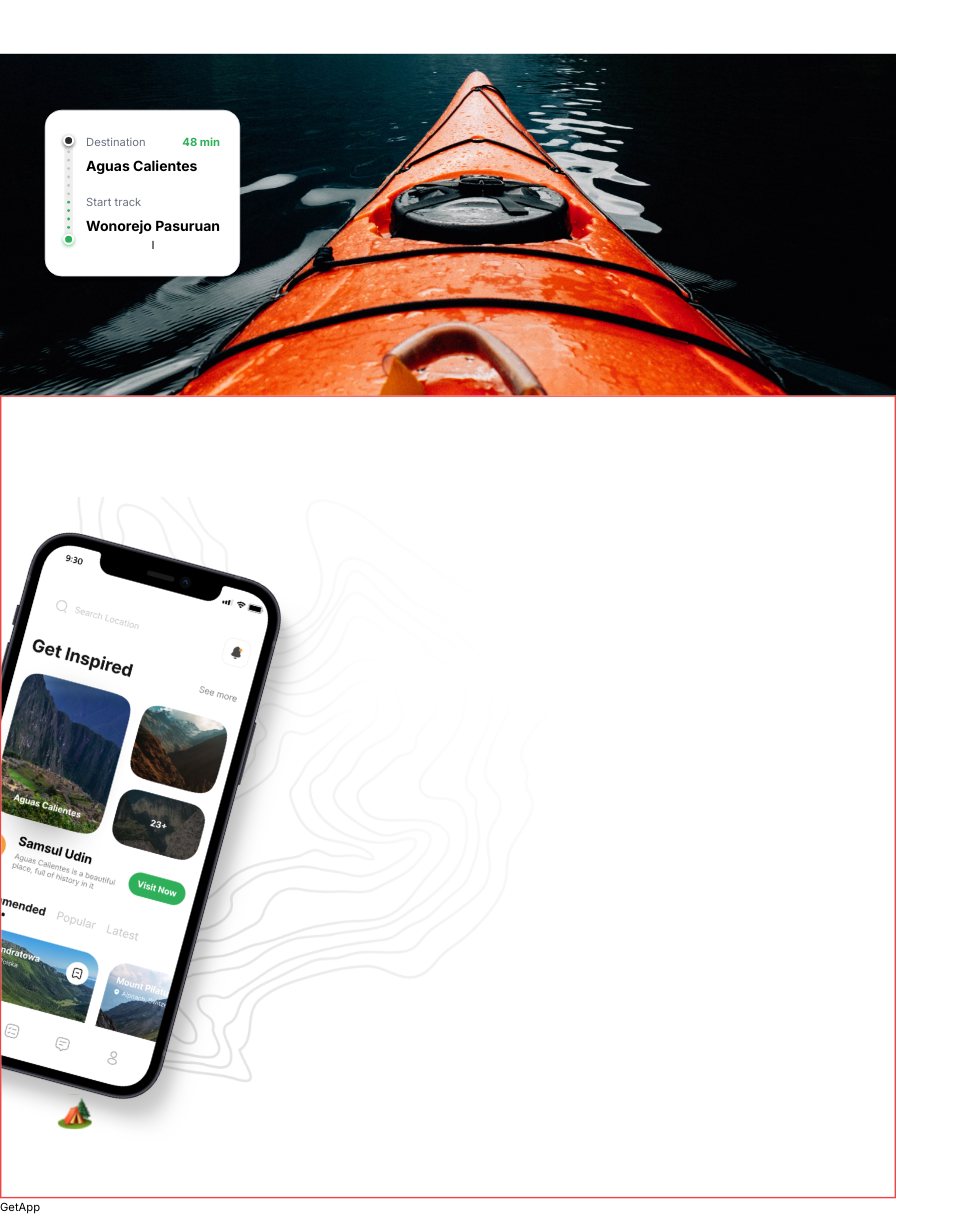
Repository: abdulrahmanmahmood/Travel-App
Page: /
An editor plug-in stored every save of this project. The page is shown before and after the next save, followed by the edit.
The browser window is 1280 px wide. The page is 1392 px wide, so the pictures cover 1392 px, including what lies to the right of the window. The pictures show the part of the page from y = 2107 to 3867 px (the page is 3843 px tall before and 3867 px after), at 70% of full size.
The project was rebuilt for these pictures with package versions that can differ from the ones it lists, and the page was loaded fresh each time. The framework's server and built-in components were replaced by stand-ins that run in the browser. Also part of the build but not shown: next.config.js.

Above is the page before, as saved 2023-11-08 11:38:01.

After the next save:
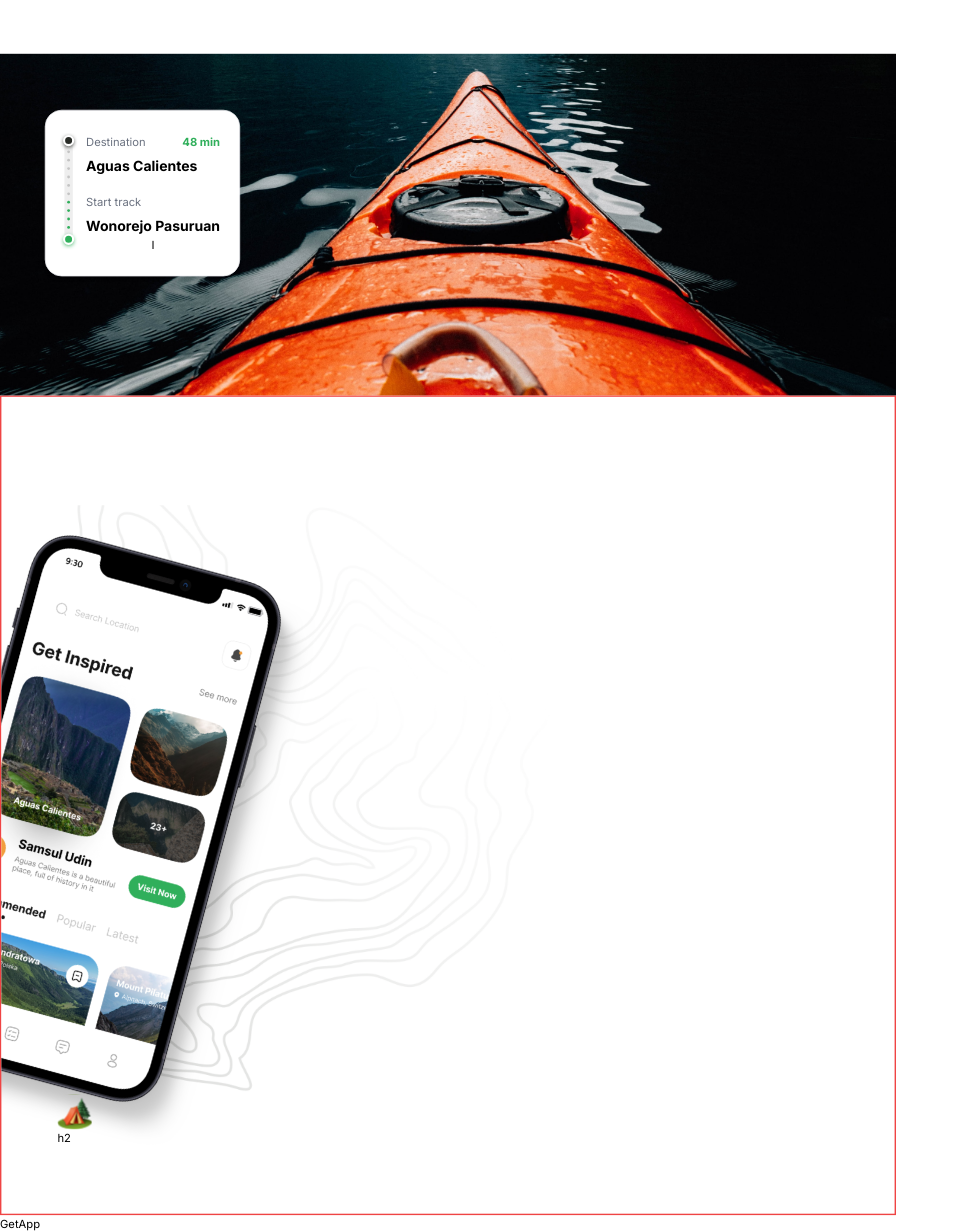
Saved 4 s later.
--- a/components/Features.tsx
+++ b/components/Features.tsx
@@ -11,7 +11,7 @@
         <div className="z-20 flex w-full flex-col  lg:2-[60%]">
           <div className="relative ">
             <Image src='/camp.svg' alt="camp" width={50} height={50}/>
-
+            h2
           </div>
         </div>
       </div>

After the save that followed:
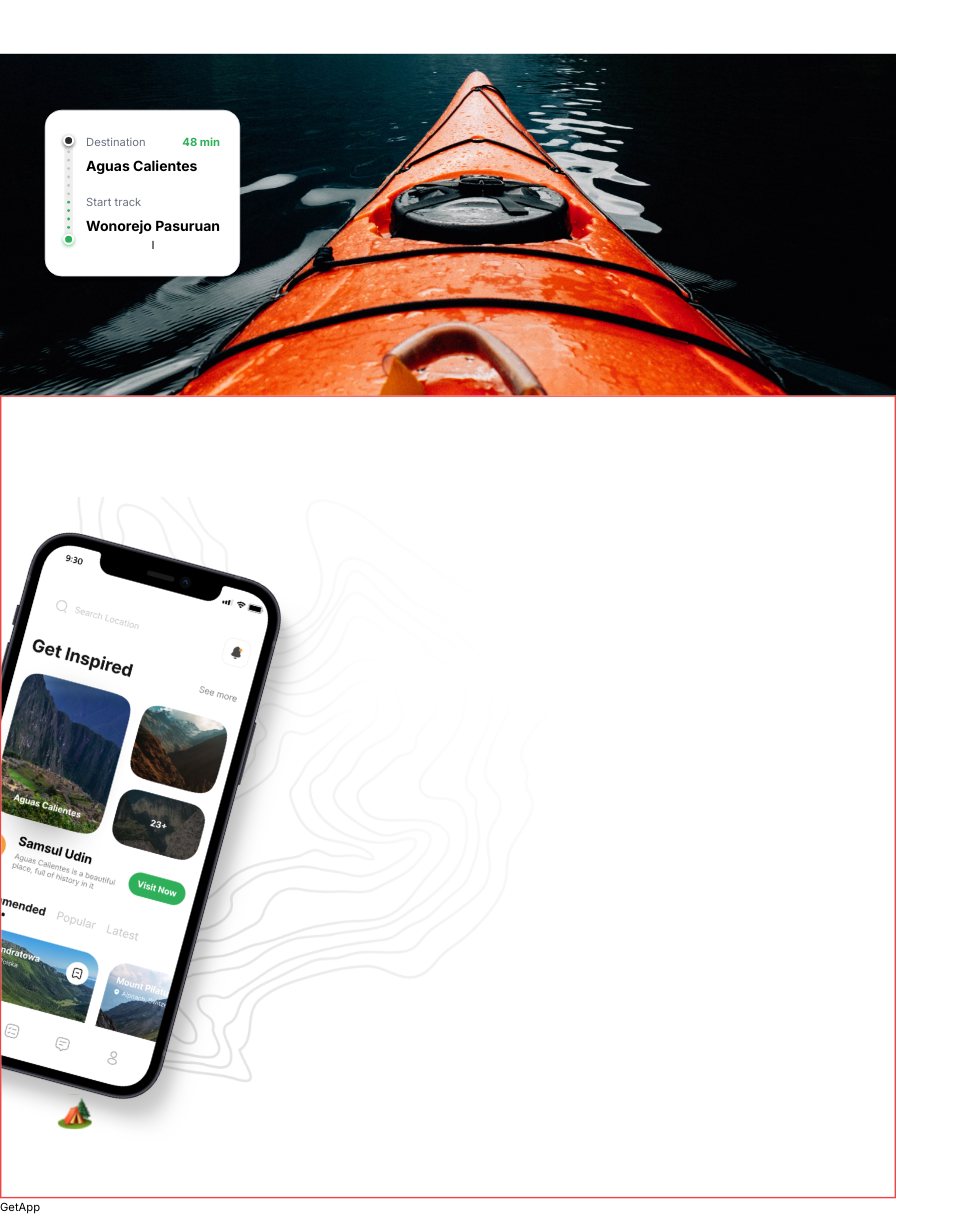
Saved 14 s later.
--- a/components/Features.tsx
+++ b/components/Features.tsx
@@ -11,7 +11,7 @@
         <div className="z-20 flex w-full flex-col  lg:2-[60%]">
           <div className="relative ">
             <Image src='/camp.svg' alt="camp" width={50} height={50}/>
-            h2
+            <h2></h2>
           </div>
         </div>
       </div>
